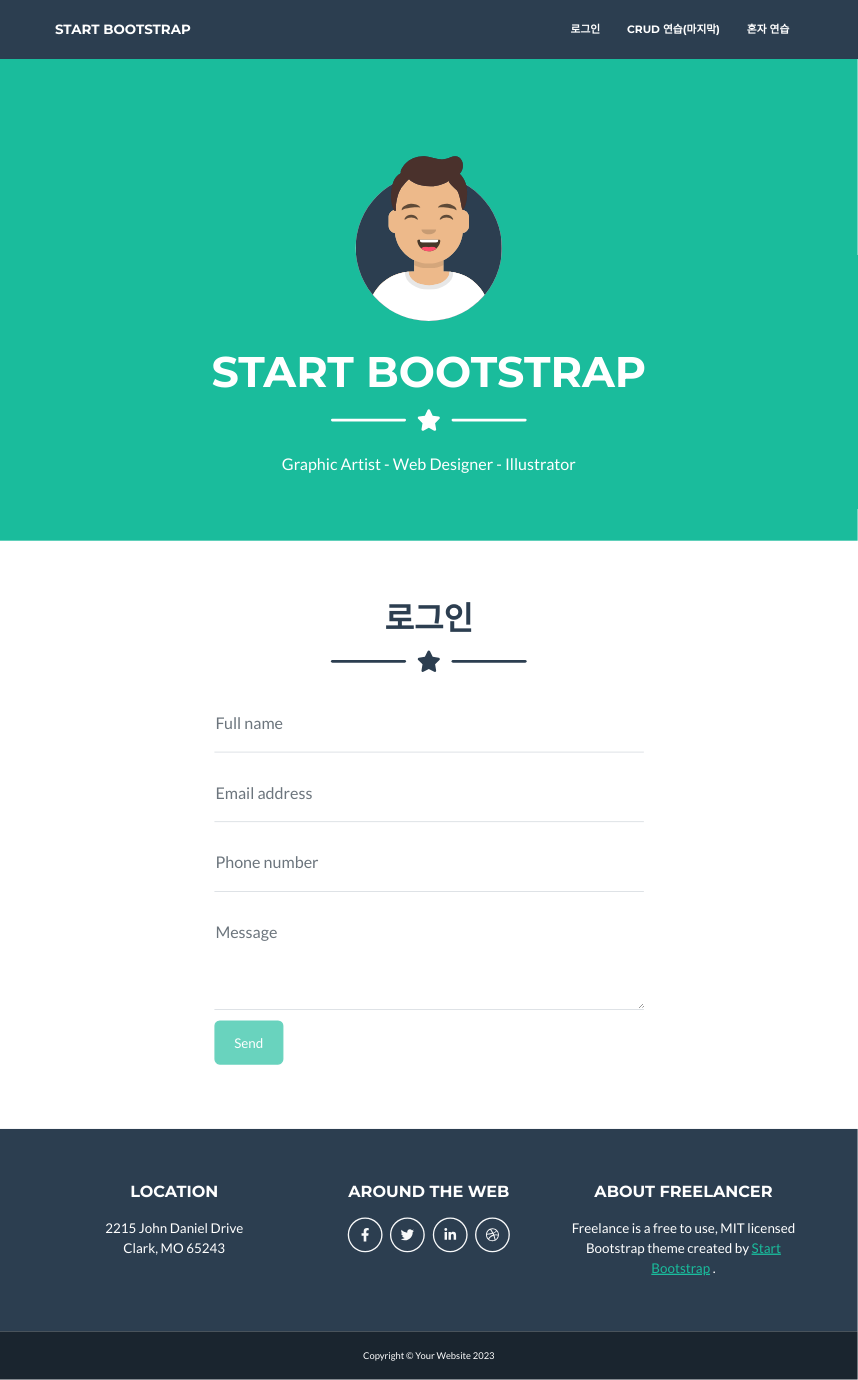
Repository: kvmhyvmvn/Study_JspServlet
Page: http://localhost/06.Last/member/login.jsp
These files come from the project's save history. The page is drawn as it stood at one moment and after the next save; the edit follows.
The browser window is 1280 px wide. The pictures show the whole page, at 67% of full size.
Some web libraries are served in a nearby version. The page is served by Tomcat 9.

Above is the page before, as saved 2023-05-26 01:47:47.

After the next save:
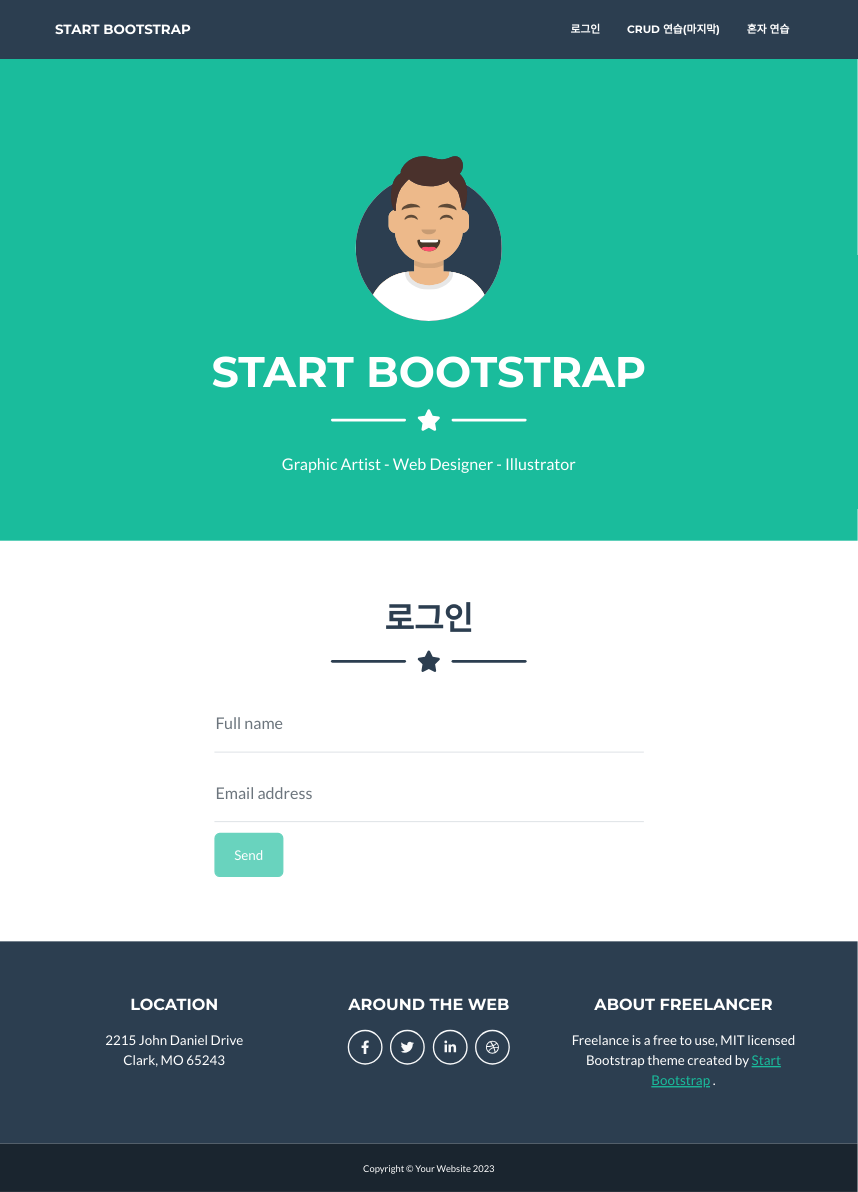
Saved 108 s later.
--- a/WorkSpace/06.Last/src/main/webapp/member/login.jsp
+++ b/WorkSpace/06.Last/src/main/webapp/member/login.jsp
@@ -28,31 +28,20 @@
                         <!-- https://startbootstrap.com/solution/contact-forms-->
                         <!-- to get an API token!-->
                         <form id="contactForm" data-sb-form-api-token="API_TOKEN">
-                            <!-- Name input-->
+                            <!-- id input-->
                             <div class="form-floating mb-3">
                                 <input class="form-control" id="name" type="text" placeholder="Enter your name..." data-sb-validations="required" />
                                 <label for="name">Full name</label>
                                 <div class="invalid-feedback" data-sb-feedback="name:required">A name is required.</div>
                             </div>
-                            <!-- Email address input-->
+                            <!--  pw input-->
                             <div class="form-floating mb-3">
                                 <input class="form-control" id="email" type="email" placeholder="name@example.com" data-sb-validations="required,email" />
                                 <label for="email">Email address</label>
                                 <div class="invalid-feedback" data-sb-feedback="email:required">An email is required.</div>
                                 <div class="invalid-feedback" data-sb-feedback="email:email">Email is not valid.</div>
                             </div>
-                            <!-- Phone number input-->
-                            <div class="form-floating mb-3">
-                                <input class="form-control" id="phone" type="tel" placeholder="(123) 456-7890" data-sb-validations="required" />
-                                <label for="phone">Phone number</label>
-                                <div class="invalid-feedback" data-sb-feedback="phone:required">A phone number is required.</div>
-                            </div>
-                            <!-- Message input-->
-                            <div class="form-floating mb-3">
-                                <textarea class="form-control" id="message" type="text" placeholder="Enter your message here..." style="height: 10rem" data-sb-validations="required"></textarea>
-                                <label for="message">Message</label>
-                                <div class="invalid-feedback" data-sb-feedback="message:required">A message is required.</div>
-                            </div>
+
                             <!-- Submit success message-->
                             <!---->
                             <!-- This is what your users will see when the form-->
